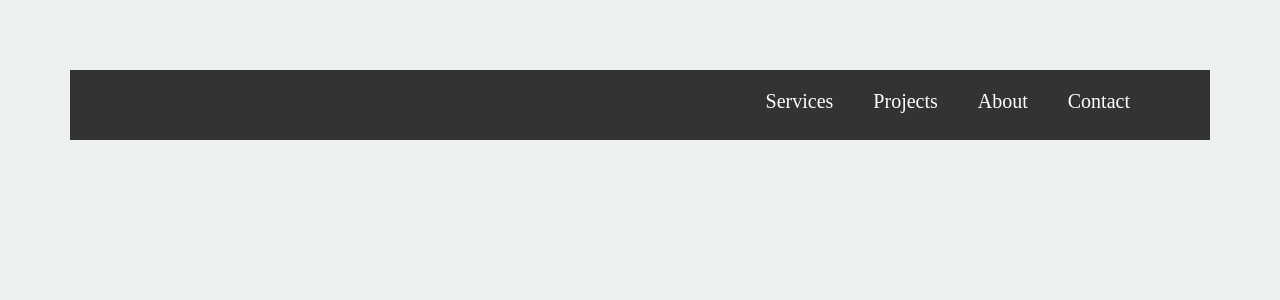
Repository: arifshahriyarnader/css-flexbox
Page: Exercise 1/index.html
An editor plug-in stored every save of this project. The page is shown before and after the next save, followed by the edit.
The browser window is 1280 px wide. The pictures show the whole page.

Above is the page before, as saved 2024-06-15 15:57:19.

After the next save:
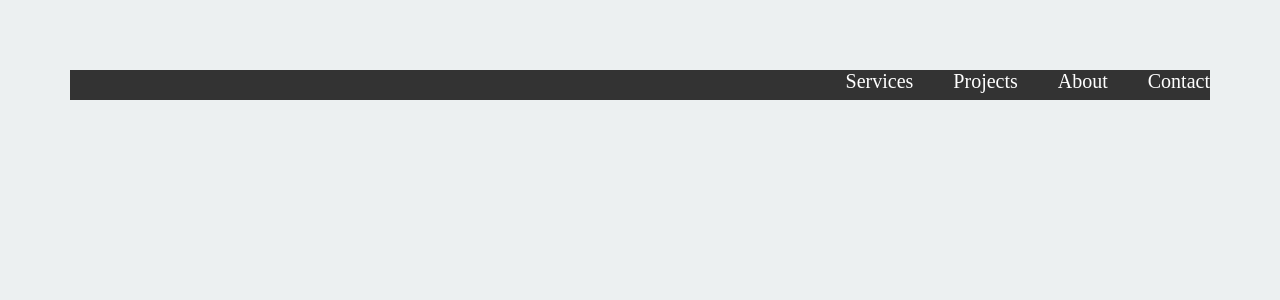
Saved 21 s later.
--- a/Exercise 1/css/style.css
+++ b/Exercise 1/css/style.css
@@ -18,7 +18,7 @@ body{
     margin: 70px;
     display:flex;
     justify-content: flex-end;
-    padding:20px 80px 20px 0px;
+    /* padding:20px 80px 20px 0px; */
 }
 
 .leftmenu_link ul{
